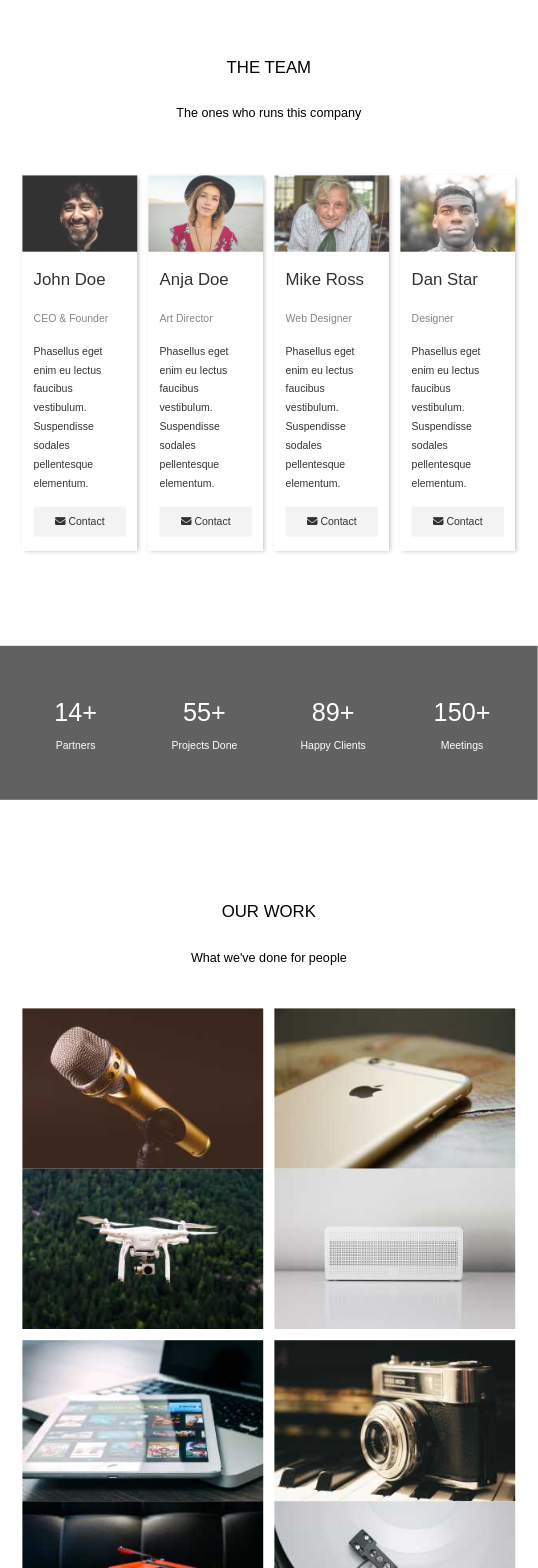
Repository: husterDC/Test
Page: index.html
The author's editor kept a copy of each file at every save. The page is drawn from the files as they stood at one save, then again after the next save.
The browser window is 768 px wide. The pictures show the part of the page from y = 2261 to 4501 px (the page is 7894 px tall before and 8415 px after), at 70% of full size.

Above is the page before, as saved 2022-10-18 09:58:58.

### index.html
<!DOCTYPE html>
<html lang="en">
<head>
    <meta charset="UTF-8">
    <meta http-equiv="X-UA-Compatible" content="IE=edge">
    <meta name="viewport" content="width=device-width, initial-scale=1.0">
    <title>Document</title>
    <link rel="stylesheet" href="./assets/fontawesome-free-6.1.1-web/css/all.min.css">
    <link rel="stylesheet" href="./fonts/themify-icons/themify-icons.css">
    <link rel="stylesheet" href="./assets/base.css">
    <link rel="stylesheet" href="./assets/style.css">
    <link rel="stylesheet" href="./assets/responsive.css">
</head>
</head>
<body>
    <div class="header">
        <div class="header_logo">
            <a href="" class="header_logo-link">Logo</a>
        </div>
        <div class="header_nav">
            <ul class="header_nav-menu">
                <li class="header_nav-item">

                    <a href="#container_about" class="header_nav-link">ABOUT</a>
                </li>
                <li class="header_nav-item">
                    <a href="#container_team" class="header_nav-link">
                        <i class="header_nav-icon header-nav_icon fa-solid fa-user-plus"></i>
                        TEAM
                    </a>
                </li>
                <li class="header_nav-item">
                    <a href="#container_work" class="header_nav-link">
                        <i class="header_nav-icon fa-solid fa-grip"></i>
                        WORK
                    </a>
                </li>
                <li class="header_nav-item">
                    <a href="#container_pricing" class="header_nav-link">
                        <i class="header_nav-icon fa-solid fa-dollar-sign"></i>
                        PRICING
                    </a>
                </li>
                <li class="header_nav-item">
                    <a href="#container_contact" class="header_nav-link">
                        <i class="header_nav-icon fa-solid fa-envelope"></i>
                        CONTACT
                    </a>
                </li>
            </ul>
        </div>
    </div>
    <div class="slider" id="top">
        <div class="slider_content">
            <div class="slider_title">Start something that matters</div>
            <div class="slider_dec">Stop wasting valuable time with projects that just isn't you.</div>
            <a href="" class="slider_link">
                <a href="#container_about" class="slider_btn">Learn more and start today</a>
            </a>
        </div>
        <div class="slider_social">
            <a href="" class="slider_social-link"><i class="slider_social-icon fa-brands fa-facebook"></i></a>
            <a href="" class="slider_social-link"><i class="slider_social-icon fa-brands fa-instagram"></i></a>
            <a href="" class="slider_social-link"><i class="slider_social-icon fa-brands fa-snapchat"></i></a>
            <a href="" class="slider_social-link"><i class="slider_social-icon fa-brands fa-pinterest-p"></i></a>
            <a href="" class="slider_social-link"><i class="slider_social-icon fa-brands fa-twitter"></i></a>
            <a href="" class="slider_social-link"><i class="slider_social-icon fa-brands fa-linkedin-in"></i></a>
        </div>
    </div>
    <div class="container">
        <div class="container_base" id="container_about">
            <div class="container_about-title">ABOUT THE COMPANY</div>
            <div class="container_about-dec">Key features of our company</div>
            <div class="container_about-member">
                <div class="container_about-item">
                    <i class="container_about-item-icon fa-solid fa-desktop"></i>
                    <div class="container_about-item-name">Responsive</div>
                    <div class="container_about-item-dec">Lorem ipsum dolor sit amet, consectetur adipiscing elit, sed do eiusmod tempor incididunt ut labore et dolore.</div>
                </div>
                <div class="container_about-item">
                    <i class="container_about-item-icon fa-solid fa-heart"></i>
                    <div class="container_about-item-name">Passion</div>
                    <div class="container_about-item-dec">Lorem ipsum dolor sit amet, consectetur adipiscing elit, sed do eiusmod tempor incididunt ut labore et dolore.</div>
                </div>
                <div class="container_about-item">
                    <i class="container_about-item-icon fa-regular fa-gem"></i>
                    <div class="container_about-item-name">Design</div>
                    <div class="container_about-item-dec">Lorem ipsum dolor sit amet, consectetur adipiscing elit, sed do eiusmod tempor incididunt ut labore et dolore.</div>
                </div>
                <div class="container_about-item">
                    <i class="container_about-item-icon fa-solid fa-gear"></i>
                    <div class="container_about-item-name">Support</div>
                    <div class="container_about-item-dec">Lorem ipsum dolor sit amet, consectetur adipiscing elit, sed do eiusmod tempor incididunt ut labore et dolore.</div>
                </div>
            </div>
        </div>
        <div class="container_base container_about-sub">
            <div class="container_about-sub-wrap">
                <div class="container_about-sub-title">We know design.</div>
                <div class="container_about-sub-dec">Lorem ipsum dolor sit amet, consectetur adipiscing elit, sed do eiusmod <br> tempor incididunt ut labore et dolore.</div>
                <a href="#container_work" class="container_about-sub-btn">
                    <i class="container_about-sub-icon fa-solid fa-grip"></i>
                    View Our Works
                </a>
            </div>
            <img src="./assets/img/phone_buildings.jpg" alt="" class="container_about-img">
        </div>
        <div class="container_base" id="container_team">
            <div class="container_team-title">THE TEAM</div>
            <div class="container_team-dec">The ones who runs this company</div>
            <div class="container_team-member">
                <div class="container_team-item">
                    <img src="./assets/img/team2.jpg" alt="" class="container_team-item-img">
                    <div class="container_team-item-wrap">
                        <div class="container_team-item-name">John Doe</div>
                        <div class="container_team-item-position">CEO & Founder</div>
                        <div class="container_team-item-dec">Phasellus eget enim eu lectus faucibus vestibulum. Suspendisse sodales pellentesque elementum.</div>
                        <a href="" class="container_team-btn">
                            <i class="header_nav-icon fa-solid fa-envelope"></i>
                            Contact
                        </a>
                    </div>
                </div>
                <div class="container_team-item">
                    <img src="./assets/img/team1.jpg" alt="" class="container_team-item-img">
                    <div class="container_team-item-wrap">
                        <div class="container_team-item-name">Anja Doe</div>
                        <div class="container_team-item-position">Art Director</div>
                        <div class="container_team-item-dec">Phasellus eget enim eu lectus faucibus vestibulum. Suspendisse sodales pellentesque elementum.</div>
                        <a href="" class="container_team-btn">
                            <i class="header_nav-icon fa-solid fa-envelope"></i>
                            Contact
                        </a>
                    </div>
                </div>
                <div class="container_team-item">
                    <img src="./assets/img/team3.jpg" alt="" class="container_team-item-img">
                    <div class="container_team-item-wrap">
                        <div class="container_team-item-name">Mike Ross</div>
                        <div class="container_team-item-position">Web Designer</div>
                        <div class="container_team-item-dec">Phasellus eget enim eu lectus faucibus vestibulum. Suspendisse sodales pellentesque elementum.</div>
                        <a href="" class="container_team-btn">
                            <i class="header_nav-icon fa-solid fa-envelope"></i>
                            Contact
                        </a>
                    </div>
                </div>
                <div class="container_team-item">
                    <img src="./assets/img/team4.jpg" alt="" class="container_team-item-img">
                    <div class="container_team-item-wrap">
                        <div class="container_team-item-name">Dan Star</div>
                        <div class="container_team-item-position">Designer</div>
                        <div class="container_team-item-dec">Phasellus eget enim eu lectus faucibus vestibulum. Suspendisse sodales pellentesque elementum.</div>
                        <a href="" class="container_team-btn">
                            <i class="header_nav-icon fa-solid fa-envelope"></i>
                            Contact
                        </a>
                    </div>
                </div>
            </div>
        </div>
        <div class="container_team-sub">
            <div class="container_team-sub-item">
                <div class="container_team-sub-num">14+</div>
                <div class="container_team-sub-text">Partners</div>
            </div>
            <div class="container_team-sub-item">
                <div class="container_team-sub-num">55+</div>
                <div class="container_team-sub-text">Projects Done</div>
            </div>
            <div class="container_team-sub-item">
                <div class="container_team-sub-num">89+</div>
                <div class="container_team-sub-text">Happy Clients</div>
            </div>
            <div class="container_team-sub-item">
                <div class="container_team-sub-num">150+</div>
                <div class="container_team-sub-text">Meetings</div>
            </div>
        </div>
        <div class="container_base" id="container_work">
            <div class="container_work-title">OUR WORK</div>
            <div class="container_work-dec">What we've done for people</div>
            <div class="container_work-member">
                <div class="container_work-list">
                    <img src="./assets/img/work1.jpg" alt="" class="container_work-item">
                    <img src="./assets/img/work2.jpg" alt="" class="container_work-item">
                    <img src="./assets/img/work3.jpg" alt="" class="container_work-item">
                    <img src="./assets/img/work4.jpg" alt="" class="container_work-item">
                </div>
                <div class="container_work-list">
                    <img src="./assets/img/work5.jpg" alt="" class="container_work-item">
                    <img src="./assets/img/work6.jpg" alt="" class="container_work-item">
                    <img src="./assets/img/work7.jpg" alt="" class="container_work-item">
                    <img src="./assets/img/work8.jpg" alt="" class="container_work-item">
                </div>
            </div>
        </div>
        <div class="container_work-skill">
            <div class="container_work-skill-text">
                <div class="container_work-skill-title">Our Skills.</div>
                <div class="container_work-skill-dec">Lorem ipsum dolor sit amet, consectetur adipiscing elit, sed do eiusmod
                    tempor incididunt ut labore et dolore.
                </div>
                <div class="container_work-skill-dec">Lorem ipsum dolor sit amet, consectetur adipiscing elit, sed do eiusmod
                        tempor incididunt ut labore et dolore.
                </div>
            </div>
            <div class="container_work-skill-chart">
                <i class="container_work-skill-chart-icon fa-solid fa-camera"></i>
                <p class="container_work-skill-chart-name">Photography</p>
                <div class="container_work-skill-chart-bar1">
                    90%
                </div>
                <i class="container_work-skill-chart-icon fa-solid fa-desktop"></i>
                <p class="container_work-skill-chart-name">Web Design</p>
                <div class="container_work-skill-chart-bar2">
                    85%
                </div>
                <i class="container_work-skill-chart-icon fa-regular fa-image"></i>
                <p class="container_work-skill-chart-name">Photoshop</p>
                <div class="container_work-skill-chart-bar3">
                    75%
                </div>
            </div>
        </div>
        <div class="container_base" id="container_pricing">
            <div class="container_pricing-title">PRICING</div>
            <div class="container_pricing-dec">Choose a pricing plan that fits your needs.</div>
            <div class="container_pricing-list">
                <div class="container_pricing-item">
                    <div class="container_pricing-item-header">BASIC</div>
                    <div class="container_pricing-item-content">
                        <div class="container_pricing-item-infor">
                            <p class="container_pricing-item-num">10GB</p>
                            <p class="container_pricing-item-text">Storage</p>
                        </div>
                        <div class="container_pricing-item-infor">
                            <p class="container_pricing-item-num">10</p>
                            <p class="container_pricing-item-text">Emails</p>
                        </div>
                        <div class="container_pricing-item-infor">
                            <p class="container_pricing-item-num">10</p>
                            <p class="container_pricing-item-text">Domains</p>
                        </div>
                        <div class="container_pricing-item-infor">
                            <p class="container_pricing-item-num">Endless</p>
                            <p class="container_pricing-item-text">Support</p>
                        </div>
                        <div class="container_pricing-item-infor">
                            <p class="container_pricing-item-num container_pricing-item-infor-price">$  10</p>
                            <p class="container_pricing-item-text opacity-06">per month</p>
                        </div>
                    </div>
                    <div class="container_pricing-item-footer">
                        <a href="" class="container_pricing-item-btn">Sign Up</a>
                    </div>
                </div>
                <div class="container_pricing-item container_pricing-item_pro">
                    <div class="container_pricing-item-header container_pricing-item-header_pro">BASIC</div>
                    <div class="container_pricing-item-content">
                        <div class="container_pricing-item-infor">
                            <p class="container_pricing-item-num">25GB</p>
                            <p class="container_pricing-item-text">Storage</p>
                        </div>
                        <div class="container_pricing-item-infor">
                            <p class="container_pricing-item-num">25</p>
                            <p class="container_pricing-item-text">Emails</p>
                        </div>
                        <div class="container_pricing-item-infor">
                            <p class="container_pricing-item-num">25</p>
                            <p class="container_pricing-item-text">Domains</p>
                        </div>
                        <div class="container_pricing-item-infor">
                            <p class="container_pricing-item-num">Endless</p>
                            <p class="container_pricing-item-text">Support</p>
                        </div>
                        <div class="container_pricing-item-infor">
                            <p class="container_pricing-item-num container_pricing-item-infor-price">$  25</p>
                            <p class="container_pricing-item-text opacity-06">per month</p>
                        </div>
                    </div>
                    <div class="container_pricing-item-footer">
                        <a href="" class="container_pricing-item-btn">Sign Up</a>
                    </div>
                </div>
                <div class="container_pricing-item">
                    <div class="container_pricing-item-header">BASIC</div>
                    <div class="container_pricing-item-content">
                        <div class="container_pricing-item-infor">
                            <p class="container_pricing-item-num">50GB</p>
                            <p class="container_pricing-item-text">Storage</p>
                        </div>
                        <div class="container_pricing-item-infor">
                            <p class="container_pricing-item-num">50</p>
                            <p class="container_pricing-item-text">Emails</p>
                        </div>
                        <div class="container_pricing-item-infor">
                            <p class="container_pricing-item-num">50</p>
                            <p class="container_pricing-item-text">Domains</p>
                        </div>
                        <div class="container_pricing-item-infor">
                            <p class="container_pricing-item-num">Endless</p>
                            <p class="container_pricing-item-text">Support</p>
                        </div>
                        <div class="container_pricing-item-infor">
                            <p class="container_pricing-item-num container_pricing-item-infor-price">$  50</p>
                            <p class="container_pricing-item-text opacity-06">per month</p>
                        </div>
                    </div>
                    <div class="container_pricing-item-footer">
                        <a href="" class="container_pricing-item-btn">Sign Up</a>
                    </div>
                </div>
            </div>
        </div>
        <div class="container_base" id="container_contact">
            <div class="container_contact-title">CONTACT</div>
            <div class="container_contact-dec">Lets get in touch. Send us a message:</div>
            <div class="container_contact-infor">
                <div class="container_contact-infor-item">
                    <i class="fa-solid fa-location-dot container_contact-icon"></i>
                    <p class="container_contact-data">Chicago, US</p>
                </div>
                <div class="container_contact-infor-item">
                    <i class="container_contact-icon fa-solid fa-phone"></i>
                    <div class="container_contact-data">Phone: +00 151515</div>
                </div>
                <div class="container_contact-infor-item">
                    <i class="container_contact-icon fa-solid fa-envelope"></i>
                    <div class="container_contact-data">Email: mail@mail.com</div>
                </div>
            </div>
            <div class="container_contact-form">
                <form action="">
                    <div class="container_contact-form-data">
                        <input type="text" name="" required placeholder="Name" id="">
                        <input type="email" name="" required placeholder="Email" id="">
                        <input type="text"  name="" required placeholder="Subject" id="">
                        <input type="text"  name="" required placeholder="Message" id="">
                    </div>
                    <div class="container_contact-btn">
                        <i class="fa-solid fa-paper-plane"></i>
                        <input class="send-mesage-btn" type="submit" value="SEND MESSAGE">
                    </div>
                </form>
            </div>
            <img src="./assets/img/map.jpg" alt="" class="container_contact-map">
        </div>
    </div>
    <div class="footer">
        <a href="#top" class="footer_btn">
            <i class="footer_btn-icon fa-solid fa-arrow-up"></i>
            To the top
        </a>
        <div class="footer_social">
            <a href="" class="footer_social-link"><i class="footer_social-icon fa-brands fa-facebook"></i></a>
            <a href="" class="footer_social-link"><i class="footer_social-icon fa-brands fa-instagram"></i></a>
            <a href="" class="footer_social-link"><i class="footer_social-icon fa-brands fa-snapchat"></i></a>
            <a href="" class="footer_social-link"><i class="footer_social-icon fa-brands fa-pinterest-p"></i></a>
            <a href="" class="footer_social-link"><i class="footer_social-icon fa-brands fa-twitter"></i></a>
            <a href="" class="footer_social-link"><i class="footer_social-icon fa-brands fa-linkedin-in"></i></a>
        </div>
        <div class="footer_copyright">
            Powered by
            <a href="" class="footer_copyright-link">w3.css</a>
        </div>
    </div>
</body>
</html>

### assets/base.css
html {
    font-size: 16px;
    line-height: 1.8;
    font-family: 'Roboto', sans-serif;
    box-sizing: border-box;
}
.container_base {
    padding: 128px 16px;
}

### assets/responsive.css
@media (min-width: 740px) and (max-width: 1023px) {
    .container_team-item {
        width: 47.7%;
        margin: 8px;
    }
    .container_work-item {
        width: 50%;
        margin-top: -16px;
    }
    .container_work-list {
        margin: 16px 0;
    }
}

Loaded but not shown: assets/fontawesome-free-6.1.1-web/css/all.min.css (library); fonts/themify-icons/themify-icons.css (common file); assets/style.css (502 lines, source omitted)

After the next save:
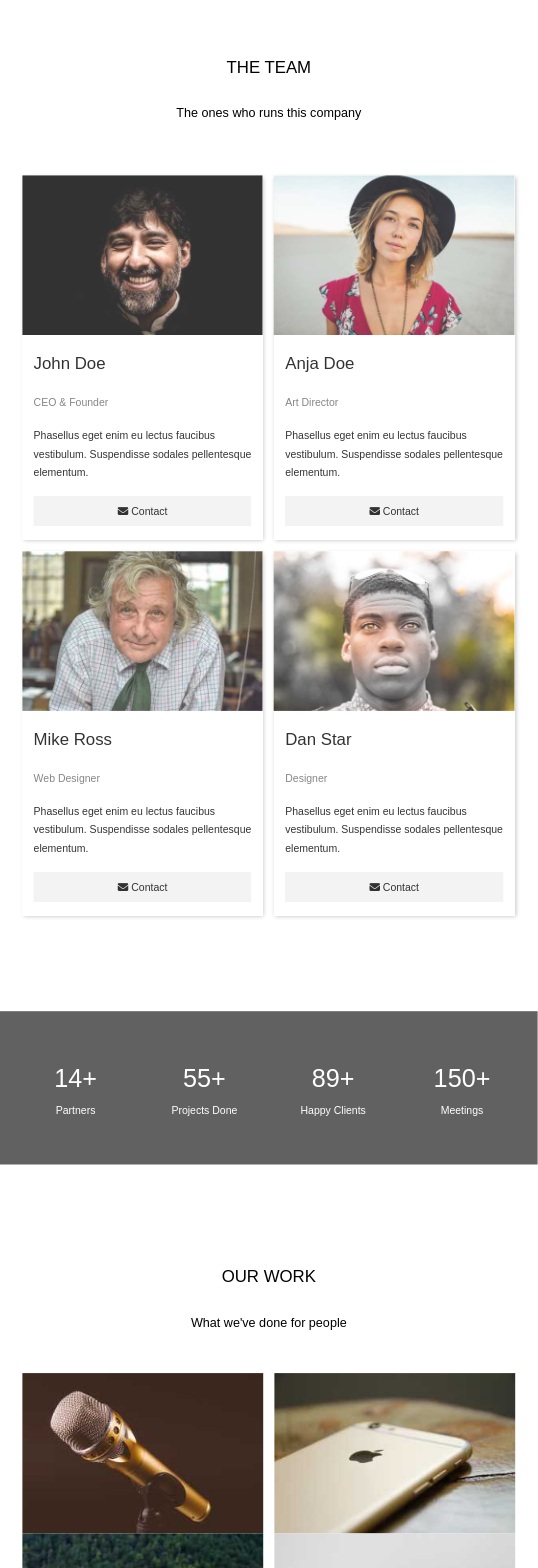
Saved 17 s later.
--- a/assets/responsive.css
+++ b/assets/responsive.css
@@ -1,4 +1,7 @@
 @media (min-width: 740px) and (max-width: 1023px) {
+    .container_team-member {
+        flex-wrap: wrap;
+    }
     .container_team-item {
         width: 47.7%;
         margin: 8px;
